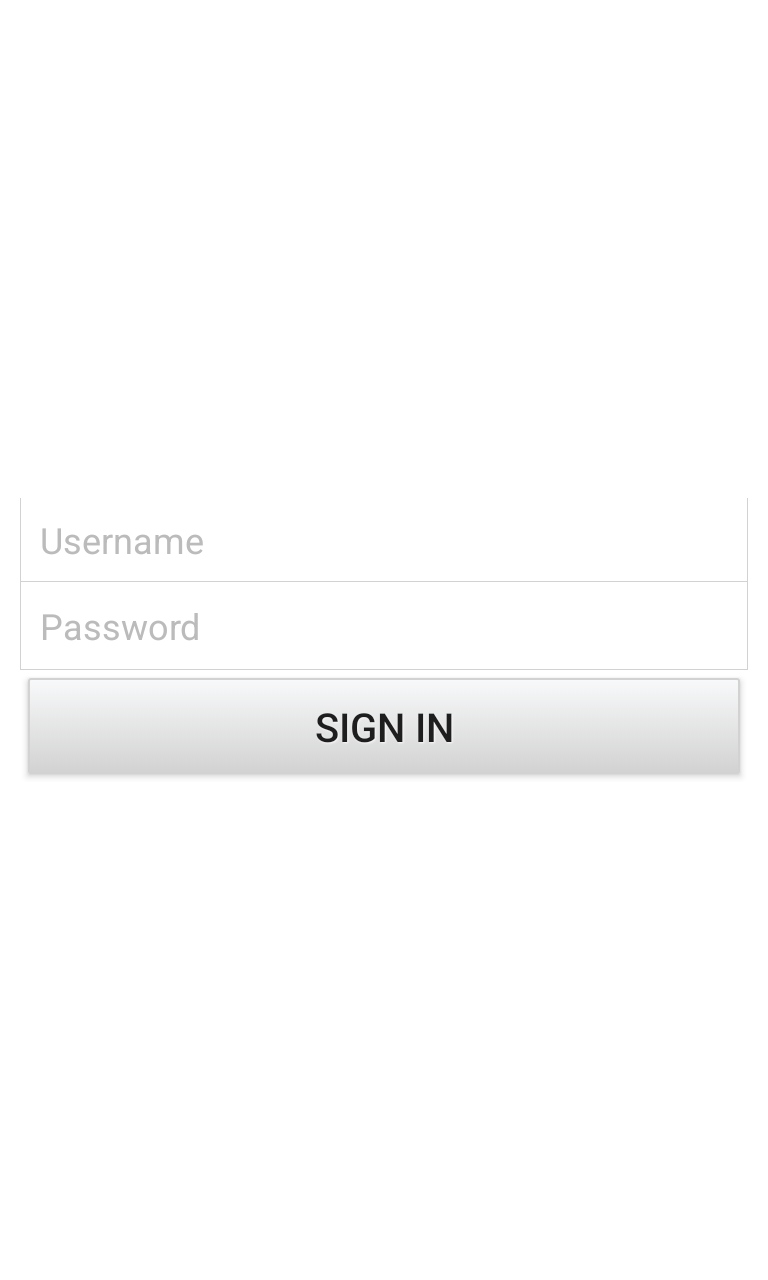
Repository: Jaaga/mooc-tracker
Layout: android/MOOCTracker/res/layout/login_screen.xml
The author's editor kept a copy of each file at every save. The layout is drawn from the files as they stood at one save, then again after the next save.
It is drawn on a 768 x 1280 px phone screen (xhdpi) without system bars, with theme AppTheme; the app's code is not run.

Above is the layout before, as saved 2014-05-20 06:41:40.

### android/MOOCTracker/res/layout/login_screen.xml
<?xml version="1.0" encoding="utf-8"?>
<RelativeLayout xmlns:android="http://schemas.android.com/apk/res/android"
    android:layout_width="match_parent"
    android:layout_height="match_parent"
    android:orientation="vertical"

    android:background="#ffffff"
    >

   <LinearLayout

       android:orientation="vertical"
       android:layout_width="match_parent"
       android:layout_height="wrap_content"
       android:layout_centerInParent="true"
       android:padding="10dp"
       >

          <EditText
             android:id="@+id/etUserName"
             android:layout_width="match_parent"
             android:layout_height="wrap_content"
             android:background="@drawable/edittext_default_bg"
             android:layout_marginTop="-2dp"
             android:padding="10dp"
             android:hint="@string/usernameHint"
             android:textColorHint="#bbbbbb"
            >
            </EditText>
            <!--  android:drawableLeft="@drawable/user"/ -->

          <EditText
             android:id="@+id/etPass"
             android:layout_width="match_parent"
             android:layout_height="wrap_content"
             android:background="@drawable/edittext_bottom_bg"
             android:layout_marginTop="-2dp"
             android:padding="10dp"
             android:hint="@string/passwordHint"
             android:textColorHint="#bbbbbb"
             android:inputType="textPostalAddress"
             >
            </EditText>

          <!--     android:drawableLeft="@drawable/password"/ -->


           <Button
             android:id="@+id/btnSignIn"
             android:layout_width="match_parent"
             android:layout_height="wrap_content"
             android:padding="10dp"
             android:layout_margin="4dp"
             android:text="@string/signInHint"
             style="@style/DefaultButtonText"
             android:background="@drawable/button_default_bg" />


   </LinearLayout>



</RelativeLayout>

### android/MOOCTracker/res/drawable-hdpi/edittext_default_bg.xml
<?xml version="1.0" encoding="utf-8"?>
<shape xmlns:android="http://schemas.android.com/apk/res/android"

    android:shape="rectangle" android:padding="10dp">
     <solid android:color="#FFFFFF"/>
     <stroke
        android:width="0.5dp"
        android:color="#d2d2d2" />
</shape>

### android/MOOCTracker/res/values/strings.xml
<?xml version="1.0" encoding="utf-8"?>
<resources>

    <string name="hello">Hello World, AndroidJSONParsingActivity!</string>
    <string name="app_name">Jaaga MOOC-Tracker</string>
    <string name="btRefresh">Refresh</string>
    <string name="loginButton">Login</string>
    <string name="signupButton">Sign Up</string>
    <string name="emailHint">Email</string>
    <string name="usernameHint">Username</string>
    <string name="passwordHint">Password</string>
    <string name="signUpHint">Sign Up</string>
    <string name="signInHint">Sign In</string>
    <string name="action_settings"></string>

    <style name="DefaultButtonText">
       <item name="android:layout_width">fill_parent</item>
        <item name="android:layout_height">wrap_content</item>
        <item name="android:textColor">#1e1e1e</item>
        <item name="android:gravity">center</item>
        <item name="android:layout_margin">3dp</item>
        <item name="android:textStyle">normal</item>
        <item name="android:textSize">20sp</item>
        <item name="android:shadowColor">#f9f9f9</item>
        <item name="android:shadowDx">1</item>
        <item name="android:shadowDy">1</item>
        <item name="android:shadowRadius">1</item>
    </style>

</resources>

### android/MOOCTracker/res/drawable-hdpi/edittext_bottom_bg.xml
<?xml version="1.0" encoding="utf-8"?>
<shape xmlns:android="http://schemas.android.com/apk/res/android"

    android:shape="rectangle" android:padding="10dp">
     <solid android:color="#FFFFFF"/>
     <stroke
        android:width="0.5dp"
        android:color="#d2d2d2" />
</shape>

### android/MOOCTracker/res/drawable-hdpi/button_default_bg.xml
<?xml version="1.0" encoding="utf-8"?>
<selector xmlns:android="http://schemas.android.com/apk/res/android" >

      <item  android:state_pressed="true" >
        <shape>
            <solid
                android:color="#f8f9fa" />
            <stroke
                android:width="1dp"
                android:color="#d2d2d2" />
            <corners
                android:radius="1dp" />

        </shape>
    </item>
    <item>
        <shape>
            <gradient
                android:startColor="#f8f9fa"
                android:endColor="#d2d2d2"
                android:angle="270" />
            <stroke
                android:width="1dp"
                android:color="#d2d2d2" />
            <corners
                android:radius="1dp" />

        </shape>
    </item>

</selector>

Loaded but not shown: android/MOOCTracker/res/values/styles.xml (common file); android/MOOCTracker/res/values-v11/styles.xml (common file); android/MOOCTracker/res/values-v14/styles.xml (common file)

After the next save:
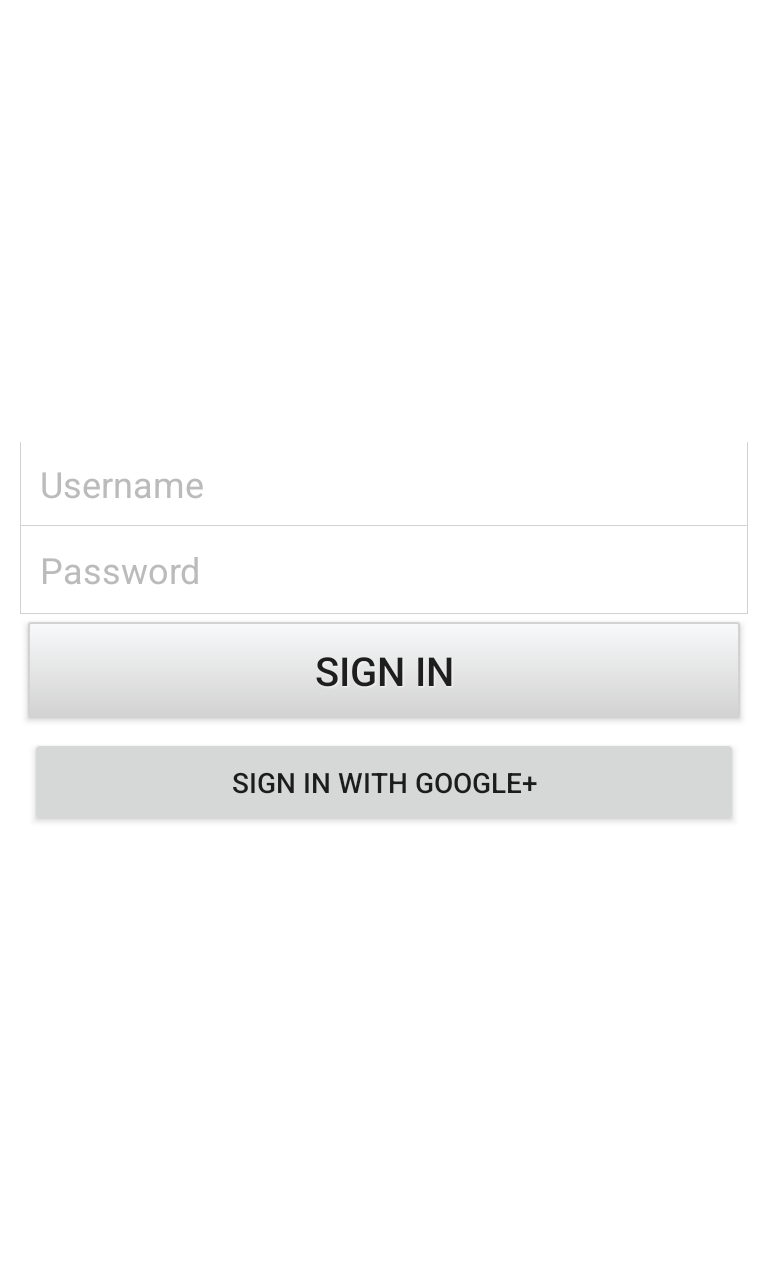
Saved 2 days later.
--- a/android/MOOCTracker/res/layout/login_screen.xml
+++ b/android/MOOCTracker/res/layout/login_screen.xml
@@ -55,6 +55,15 @@
              style="@style/DefaultButtonText"
              android:background="@drawable/button_default_bg" />
 
+            <Button
+               android:id="@+id/btnGplus"
+               android:layout_width="match_parent"
+            android:layout_height="wrap_content"
+            android:padding="10dp"
+               android:layout_margin="4dp"
+               android:text="Sign in with Google+"
+           />
+
 
    </LinearLayout>
 
